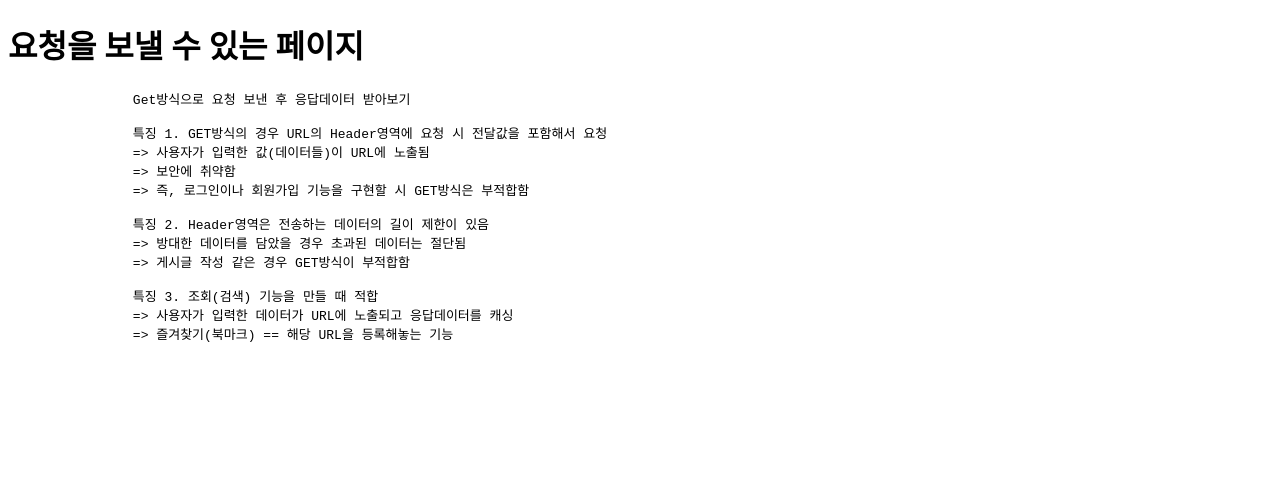
Repository: rlaehqkf/java_practice
Page: MyFirstWebProject/src/main/webapp/views/request_get.html
These files come from the project's save history. The page is drawn as it stood at one moment and after the next save; the edit follows.
The browser window is 1280 px wide. The pictures show the whole page.

Above is the page before, as saved 2026-05-04 03:48:03.

After the next save:
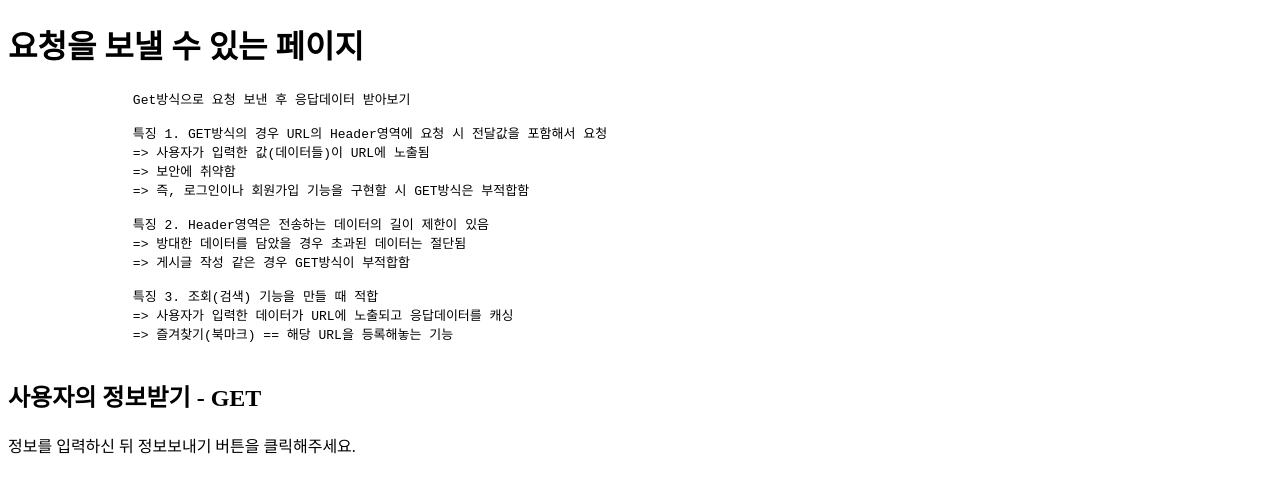
Saved 2 min 9 s later.
--- a/MyFirstWebProject/src/main/webapp/views/request_get.html
+++ b/MyFirstWebProject/src/main/webapp/views/request_get.html
@@ -23,11 +23,12 @@
 		특징 3. 조회(검색) 기능을 만들 때 적합
 		=> 사용자가 입력한 데이터가 URL에 노출되고 응답데이터를 캐싱
 		=> 즐겨찾기(북마크) == 해당 URL을 등록해놓는 기능
-
-
-
 	</pre>
 
+	<h2> 사용자의 정보받기 - GET </h2>
+	<p>정보를 입력하신 뒤 정보보내기 버튼을 클릭해주세요.</p>
+
+	<form method="get"></form>
 
 
 
